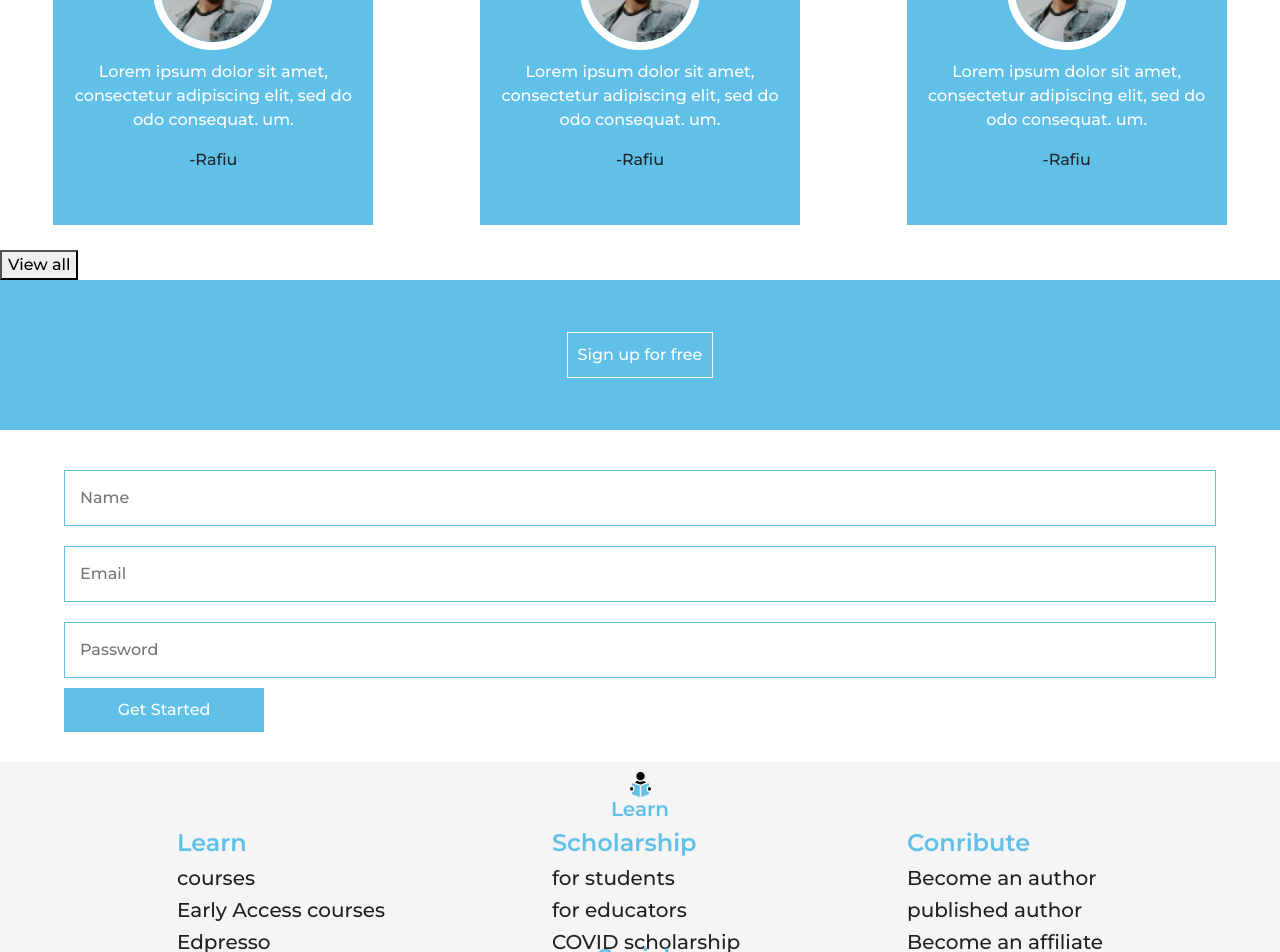
Repository: TiaraOluwanimi/team5
Page: tutor.html
An editor plug-in stored every save of this project. The page is shown before and after a run of saves, followed by the edit.
The browser window is 1280 px wide. The pictures show the part of the page from y = 2088 to 3040 px (the page is 3136 px tall before and 3286 px after).
A picture or video elsewhere on the page could not be fetched, so the positions and the page height are approximate. Some web libraries are served in a nearby version.

Above is the page before, as saved 2020-08-08 12:00:31.

### tutor.html
<!DOCTYPE html>
<html lang="zxx">
  <head>
    <meta charset="UTF-8" />
    <meta name="viewport" content="width=device-width, initial-scale=1.0" />
    <title>Online Tutoring</title>
    <!-- Custom Css -->
    <link rel="stylesheet" href="./assets/css/header-footer.css" />
    <link rel="stylesheet" href="./assets/css/tutor.css" />
    <link rel="stylesheet" href="./assets/css/testimonial.css" />
    <!-- Favicon -->

    <!---------------------- CDNs----------------- -->
    <!-- Bootstrap CSS CDN -->
    <link
      rel="stylesheet"
      href="https://maxcdn.bootstrapcdn.com/bootstrap/4.0.0/css/bootstrap.min.css"
      integrity="sha384-Gn5384xqQ1aoWXA+058RXPxPg6fy4IWvTNh0E263XmFcJlSAwiGgFAW/dAiS6JXm"
      crossorigin="anonymous"
    />
    <!-- fontawesome CDN -->
    <!-- Google Font -->
    <link href="https://fonts.googleapis.com/css2?family=Montserrat:wght@500;600&display=swap" rel="stylesheet">
    <!-- Font Awesome -->
    <script src="https://kit.fontawesome.com/0f19ba4771.js" crossorigin="anonymous"></script>

</head>

<body>
    <!-- Welcome to this online tutoring website. 😊 -->
    <!--  Header  -->
    <nav class="nav1">
      <a href="#"><img src="./assets/img/logo.png" alt="" /></a>
      <div class="nav1div1">
        <img
          class="searchicon"
          onclick="displaySearchBar()"
          src="./assets/img/search.png"
          alt=""
        />
        <button class="nav1butt1">Log in</button>
        <button class="nav1butt2">Join for free</button>
      </div>
      <div class="nav1div2 display">
        <input
          class="searchbar"
          type="text"
          placeholder="Enter Text here"

        />
      </div>
    </nav>

    <!-- Landing Page -->
    <div class="div1">
        <img class="div1img1" src="./assets/img/hero-img.png" alt="">
        <div class="div1div1">
            <i class="fas fa-play-circle fa-2x div1img2"></i>
            &nbsp;&nbsp;&nbsp;
            <h3 class="div1hh1">TAKE A TOUR</h3>
        </div>
    </div>

    <div class="div2">
        <h1 class="div2hh1">
            LEARN ALL YOU WANT, AT YOUR OWN
            <span class="div2hh2">PACE.</span>
        </h1>
        <h4 class="div2hh3">
            Lorem ipsum dolor sit amet, consectetur
            adipiscing elit, sed do eiusmod tempor
            incididunt ut labore et dolore magna
            aliqua. Ut enim ad minim veniam, quis
            nostrud exercitation ullamco laboris nisi
            ut aliquip ex ea commodo consequat.
        </h4>
        <div class="div2div1">
            <button class="div2butt1">Get Started</button>
        </div>
    </div>
    <!-- join us section -->
    <section id="join-us" class="py-5" style="position: relative;">
        <div style="position: absolute; right: 0px; top:-10px;">
          <img src="./assets/img/Ellipse13.png" alt="" class="img-fluid" >
        </div>
        <div class="container">
          <div class="row">
            <div class="col-12 mx-auto text-center">
              <h4 class="mx-auto sec-head">
                <span><strong>Join Us</strong></span>
              </h4>
              <p>
                Join us for free classes taught by experts. And explore hundreds
                of free online classes.
              </p>
            </div>
            <div class="row py-3">
                <div class="col-md-4 text-center my-3">
                  <div class="box-shadow py-3">
                    <img
                      src="./assets/img/course.png"
                      alt=""
                      class="join-img img-fluid rounded-circle w-50"
                    />
                    <h4 class="my-5"><strong>Choose a Course</strong></h4>
                  </div>
                </div>
                <div class="col-md-4 text-center my-3">
                  <div class="box-shadow py-3">
                    <img
                      src="./assets/img/skillset.png"
                      alt=""
                      class="join-img img-fluid rounded-circle w-50"
                    />
                    <h4 class="my-5"><strong>Grow your skillset</strong></h4>
                  </div>
                </div>
                <div class="col-md-4 text-center my-3">
                  <div class="box-shadow py-3">
                    <img
                      src="./assets/img/mentorship.png"
                      alt=""
                      class="join-img img-fluid rounded-circle w-50"
                    />
                    <h4 class="my-5"><strong>Meet a mentor</strong></h4>
                  </div>
                </div>
                <button
                  class="btn btn-lg btn-outline-primary py-3 px-5 rounded-0 mx-auto"
                >
                  View All
                </button>
              </div>
            </div>
        </div>
          </section>

    <!-- service section -->
    <section id="services" class="py-5" style="position: relative;">
      <div style="position: absolute; left: 0px; top: -30px;">
        <img src="./assets/img/Ellipse10.png" alt="" />
      </div>
      <div
        style="position: absolute; right: 0px; top: 30%; transform: scale(-1);"
      >
        <img src="./assets/img/Ellipse10.png" alt="" />
      </div>
      <div class="container">
        <div class="row">
          <div class="col-12 mx-auto text-center">
            <h4 class="mx-auto sec-head">
              <span><strong>Services</strong></span>
            </h4>
            <p>
              Helping over 5,000 students reach their ultimate goals with our
              special packages.
            </p>
          </div>
        </div>
        <div class="row p-3">
          <div class="col-md-4 text-center py-3">
            <h4><strong>Get help, FAST</strong></h4>
            <img
              src="./assets/img/hourglass1.png"
              alt=""
              class="img-fluid w-25 my-3"
            />
            <p class="my-3" style="font-size: 14px;">
              Lorem ipsum dolor sit amet, consectetur adipiscing elit, sed do
              eiusmod tempor incididunt ut labore et dolore magna aliqua. Ut
              enim ad minim veniam, quis nostrud exercitation ullamco laboris
              nisi ut aliquip ex ea commodo consequat. um.
            </p>
            <h6 class="border py-3 px-1 mx-3 border-primary">
              Learn More <i></i>
            </h6>
          </div>
          <div class="col-md-4 text-center py-3">
            <h4><strong>Personalised tutoring</strong></h4>
            <img
              src="./assets/img/teacher1.png"
              alt=""
              class="img-fluid w-25 my-3"
            />
            <p class="my-3" style="font-size: 14px;">
              Lorem ipsum dolor sit amet, consectetur adipiscing elit, sed do
              eiusmod tempor incididunt ut labore et dolore magna aliqua. Ut
              enim ad minim veniam, quis nostrud exercitation ullamco laboris
              nisi ut aliquip ex ea commodo consequat. um.
            </p>
            <h6 class="border py-3 px-1 mx-3 border-primary">
              Learn More <i></i>
            </h6>
          </div>
          <div class="col-md-4 text-center py-3">
            <h4><strong>80+ Courses</strong></h4>
            <img
              src="./assets/img/test1.png"
              alt=""
              class="img-fluid w-25 my-3"
            />
            <p class="my-3" style="font-size: 14px;">
              Lorem ipsum dolor sit amet, consectetur adipiscing elit, sed do
              eiusmod tempor incididunt ut labore et dolore magna aliqua. Ut
              enim ad minim veniam, quis nostrud exercitation ullamco laboris
              nisi ut aliquip ex ea commodo consequat. um.
            </p>
            <h6 class="border py-3 px-1 mx-3 mx-lg-1 border-primary">
              Learn More <i></i>
            </h6>
          </div>
        </div>
      </div>
    </section>
    <!-- Testimonial section -->
    <section>
      <div>
        <div class="testimonial-heading">
          <div>
            <h4 class="mx-auto sec-head">
              <span><strong>Testimonials</strong></span>
            </h4>
          </div>
          <p>what our awesome client are saying</p>
        </div>
        <div  id="testimonial-details">
          <div class="testimonial-card col-3">
            <img src="./assets/img/Ellipse7.png" alt="">
            <div class="testimonial-statement">
              <p>Lorem ipsum dolor sit amet, consectetur adipiscing elit, sed do odo consequat. um.</p>
            </div>
            <p>-Rafiu</p>
          </div>
          <div class="testimonial-card col-3">
            <img src="./assets/img/Ellipse7.png" alt="">
            <div class="testimonial-statement">
              <p>Lorem ipsum dolor sit amet, consectetur adipiscing elit, sed do odo consequat. um.</p>
            </div>
            <p>-Rafiu</p>
          </div>
          <div class="testimonial-card col-3">
            <img src="./assets/img/Ellipse7.png" alt="">
            <div class="testimonial-statement">
              <p>Lorem ipsum dolor sit amet, consectetur adipiscing elit, sed do odo consequat. um.</p>
            </div>
            <p>-Rafiu</p>
          </div>

        </div>
          <button>View all</button>
        <div id="sign-button">

          <button>Sign up for free</button>
        </div>
        <div class="testimonial-container">
          <form >
            <input type="text" placeholder="Name">
            <input type="email" placeholder="Email">
            <input type="password" placeholder="Password">
            <button>Get Started</button>
          </form>
        </div>
      </div>
    </section>
    <!--  Footer  -->
    <footer class="footer1">
      <div class="footer1div1">
        <img class="footer1img1" src="./assets/img/logo.png" alt="" />
        <h5 class="footer1hh1">Learn</h5>
      </div>

      <div class="footer1div2">
        <div class="footer1div3">
          <h4 class="footer1hh2">Learn</h4>
          <a href="" class="footer1link1"
            ><h5 class="footer1hh3">courses</h5></a
          >
          <a href="" class="footer1link1"
            ><h5 class="footer1hh3">Early Access courses</h5></a
          >
          <a href="" class="footer1link1"
            ><h5 class="footer1hh3">Edpresso</h5></a
          >
          <a href="" class="footer1link1"
            ><h5 class="footer1hh3">Subscriptions</h5></a
          >
        </div>
        <div class="footer1div4">
          <h4 class="footer1hh2">Scholarship</h4>
          <a href="" class="footer1link1"
            ><h5 class="footer1hh3">for students</h5></a
          >
          <a href="" class="footer1link1"
            ><h5 class="footer1hh3">for educators</h5></a
          >
          <a href="" class="footer1link1"
            ><h5 class="footer1hh3">COVID scholarship</h5></a
          >
        </div>
        <div class="footer1div5">
          <h4 class="footer1hh2">Conribute</h4>
          <a href="" class="footer1link1"
            ><h5 class="footer1hh3">Become an author</h5></a
          >
          <a href="" class="footer1link1"
            ><h5 class="footer1hh3">published author</h5></a
          >
          <a href="" class="footer1link1"
            ><h5 class="footer1hh3">Become an affiliate</h5></a
          >
        </div>
      </div>

      <div class="footer1div6">
        <h4 class="footer1hh2 redd">Socials</h4>
        <a href="#"><img src="./assets/img/whatsapp.png" alt="" /></a>
        <a href="#"><img src="./assets/img/instagram.png" alt="" /></a>
      </div>

      <h4 class="footer1hh4">
        copyright 2020 Learn, inc. All rights reserved
      </h4>
    </footer>

    <!---------------------- CDNs----------------- -->
    <!-- jQuery CDN -->
    <script
      src="https://code.jquery.com/jquery-3.2.1.slim.min.js"
      integrity="sha384-KJ3o2DKtIkvYIK3UENzmM7KCkRr/rE9/Qpg6aAZGJwFDMVNA/GpGFF93hXpG5KkN"
      crossorigin="anonymous"
    ></script>
    <!-- ajax CDN -->
    <script
      src="https://cdnjs.cloudflare.com/ajax/libs/popper.js/1.12.9/umd/popper.min.js"
      integrity="sha384-ApNbgh9B+Y1QKtv3Rn7W3mgPxhU9K/ScQsAP7hUibX39j7fakFPskvXusvfa0b4Q"
      crossorigin="anonymous"
    ></script>
    <!-- BootstrapJS CDN -->
    <script
      src="https://maxcdn.bootstrapcdn.com/bootstrap/4.0.0/js/bootstrap.min.js"
      integrity="sha384-JZR6Spejh4U02d8jOt6vLEHfe/JQGiRRSQQxSfFWpi1MquVdAyjUar5+76PVCmYl"
      crossorigin="anonymous"
    ></script>
    <!-- Custom Javascript Links -->
    <script src="./assets/js/tutor.js"></script>
  </body>
</html>

### assets/css/header-footer.css

/*  Header Navbar */
body{
  margin: 0;
}
.nav1{
   margin: 10px;
}
.nav1div1{
    display: inline;
    float: right;
}
.nav1butt1{
    color: #212121;
    border-color: #212121;
    border-width: 1px;
    background-color: #FFFFFF;
    padding: 7px 7px;
    font-family: 'Montserrat', sans-serif;
    font-weight: 500;
    outline: none;
    margin-left: 35px;
}
.nav1butt2{
    color: #FFFFFF;
    border-color: #60C0E8;
    border: none;
    background-color: #60C0E8;
    padding: 8px 7px;
    font-family: 'Montserrat', sans-serif;
    font-weight: 500;
    outline: none;
    margin-left: 8px;
}
.nav1butt1:hover{
    background-color: #f0f0f0;
      cursor: pointer;
}
.nav1butt2:hover{
    background-color: #60adce;
    cursor: pointer;
}
.searchicon:hover{
    cursor: pointer;
}
.nav1div2{
    text-align: center;
    width: 100%;
    margin-top: 10px;
}
.searchbar{
    width: 60%;
    font-family: 'Montserrat', sans-serif;
    outline: none;
    border-radius: 10px;
    padding: 10px;
    border-width: 1px;
}
.footer1link1{
    text-decoration: none;
}
.display{
    display: none;
}



/*  Footer  */
.footer1{
    padding: 10px;
    background-color: #F5F5F5;
}
.footer1div1{
    text-align: center;
}
.footer1hh1{
    margin-top: 0px;
    font-family: 'Montserrat', sans-serif;
    color: #60C0E8;
    font-weight: 600;
}
.footer1div2{
    display: flex;
    flex-direction:row;
    justify-content: space-evenly;
}
.footer1hh2{
    font-family: 'Montserrat', sans-serif;
    color: #60C0E8;
    font-weight: 600;
}
.footer1hh3{
    font-family: 'Montserrat', sans-serif;
    color: #212121;
    font-weight: normal;
}
.footer1div6{
    text-align: center;
    margin-top: -50px;
}
.redd{
    margin-bottom: 5px;
}
.footer1hh4{
    text-align: center;
    font-family: 'Montserrat', sans-serif;
    color: #212121;
    font-style: normal;
    font-weight: 500;
}

/* Footer Media Queries */
@media only screen and (max-width: 399px) {
    .footer1div2{
        flex-direction: column;
        align-items: center;
    }
    .footer1div6{
        text-align: center;
        margin-top: -10px;
    }
}

### assets/css/tutor.css
* {
  font-family: "Montserrat", sans-serif;
}
.div1 {
  margin: 10px;
  text-align: center;
}
.div1div1 {
  width: 100%;
  display: flex;
  justify-content: center;
  background-color: #60c0e8;
  margin-top: -5px;
}
.div1img1 {
  width: 100%;
  height: 350px;
}
.div1img2 {
  padding-top: 15px;
  color: #ffffff;
}
.div1div1:hover {
  background-color: #60adce;
  cursor: pointer;
}
.div1hh1 {
  font-family: "Montserrat", sans-serif;
  font-weight: 600;
  color: #ffffff;
}

.div2 {
  margin: 10px;
}
.div2hh1 {
  font-family: "Montserrat", sans-serif;
  text-align: center;
  color: #3a3a3a;
  font-weight: bold;
}
.div2hh2 {
  color: #60c0e8;
}
.div2hh3 {
  font-family: "Montserrat", sans-serif;
  text-align: center;
  color: #000000;
  font-weight: 500;
}
.div2div1 {
  text-align: center;
}
.div2butt1 {
  background-color: #60c0e8;
  font-weight: 500;
  color: #ffffff;
  border: none;
  outline: none;
  padding: 15px 30px;
  font-size: large;
}
.div2butt1:hover {
  background-color: #60adce;
  cursor: pointer;
}

/* this handles the line in each section heading  */
.sec-head {
  width: 30%;
  text-align: center;
  border-bottom: 2px solid #000;
  line-height: 0.1em;
  margin: 10px 0 20px;
}
.sec-head span {
  background: #fff;
  padding: 0 10px;
}
/* join us images border */
.join-img {
  border: 5px solid #60c0e8 !important;
}
/* box shadow */
.box-shadow {
  box-shadow: 0px 5px 30px 0.5px #e6e6e6;
}
.box-shadow:hover {
  box-shadow: 0px 5px 30px 5px #c7c7c7;
}

@media screen and (max-width: 320px) {
  .sec-head {
    width: 70%;
  }
}

### assets/css/testimonial.css
.testimonial-heading{
    text-align:center;
    margin-bottom: 50px;;
}
.testimonial-card{
    text-align: center;
    height:250px;
    width:500px;
    padding:15px;
    position: relative;
    background-color: #60C0E8;
    margin: 50px 20px 25px;


}
.testimonial-card img{
    margin-top:-60px;

    width:120px;
    border: 8px solid white;
    border-radius: 100%;

}
.testimonial-statement{
    color:#fff;
    margin:10px 0;
}
#testimonial-details{
    display:flex;
    justify-content: space-around;
    flex-wrap:nowrap;
    overflow-x: scroll;
}
.testimonial-container{
    width:90%;
    margin:0 auto;
    overflow: hidden;
}

#sign-button{
    background: #60C0E8;
    width:100%;
    height:150px;
    display: flex;
    align-items: center;
    justify-content: center;
}
#sign-button button{
    background:#60C0E8;
    color:#fff;
    padding:10px;
    border:1px solid #fff;
    transition: ease 1s;
}
#sign-button button:hover{
    background:#fff;
    color:#60C0E8;
  ;
}
form{
    box-sizing: border-box;
    margin:30px 0;
}
form input{
    width:100%;
    margin:10px 0;
    padding:15px;
    border: 1px solid #60C0E8;
    box-sizing: border-box;
}

form button{
    width:200px;
    margin: 0 auto;
    background: #60C0E8;
    color:#fff;
    padding:10px;
    border:none;
}

### assets/js/tutor.js

function displaySearchBar(){
    document.querySelector(".nav1div2").classList.toggle("display");
}

After the next 2 saves:
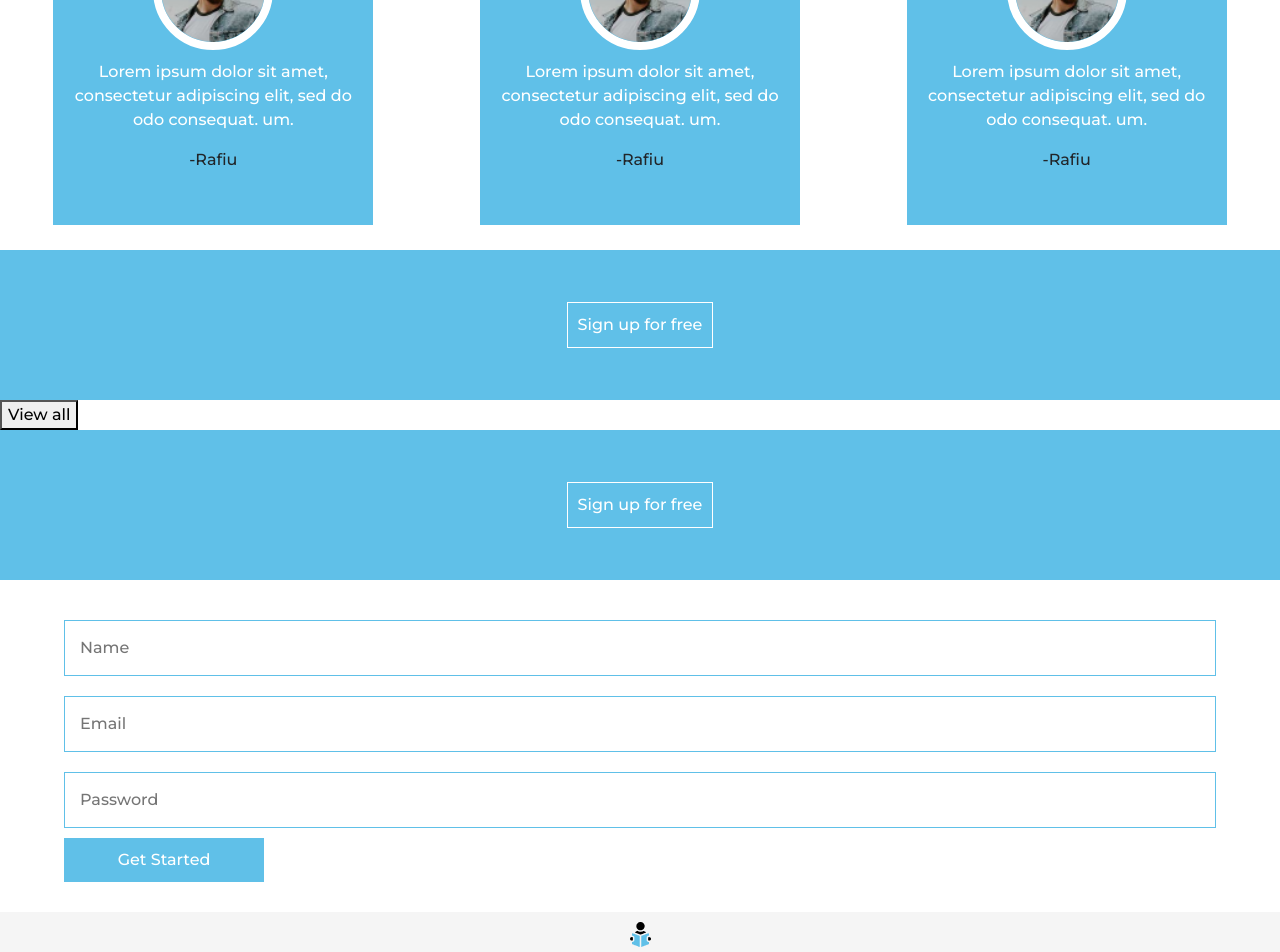
The 2 saves are shown as one change because they came seconds apart.
The last was saved 92 s later.
--- a/tutor.html
+++ b/tutor.html
@@ -247,6 +247,10 @@
           </div>
 
         </div>
+        <div id="sign-button">
+
+          <button>Sign up for free</button>
+        </div>
           <button>View all</button>
         <div id="sign-button">
 
